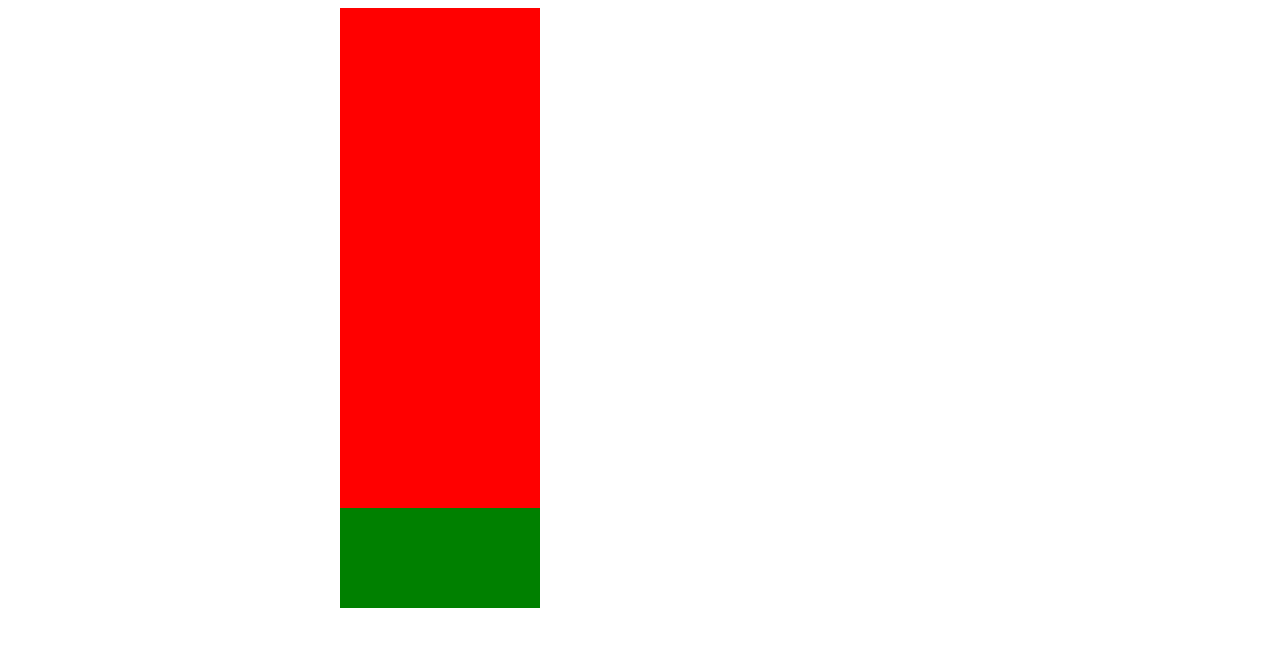
Repository: suhong99/htmlLecture
Page: cssWork1/src/main/webapp/index.html
These files come from the project's save history. The page is drawn as it stood at one moment and after the next save; the edit follows.
The browser window is 1280 px wide. The pictures show the whole page.

Above is the page before, as saved 2023-06-22 04:44:17.

### cssWork1/src/main/webapp/index.html
<!DOCTYPE html>
<html>
<head>
<meta charset="UTF-8">
<title>Insert title here</title>
<style type="text/css">
	#container {
		margin:auto;
		width:600px;
		height:600px;
		display:flex;
		flex-direction: row;
	}
	.smallContainer{
		width:200px;
		height:100%;
	}
	#oneTop{
		background-color: red;
		width:100%;
		height:500px;
	}
	#oneBottom{
		background-color: green;
		width:100%;
		height:100px;
	}
</style>
</head>
<body>
	<div id ="container">
		<div class="smallContainer">
			<div id="oneTop"></div>
			<div id="oneBottom"></div>
		</div>
		<div class="smallContainer">
			<div id="twoTop"></div>
			<div id="twoBottom"></div>
		</div>
		<div class="smallContainer">
			<div id="threeTop"></div>
			<div id="threeBottom"></div>
		</div>
	</div>
</body>
</html>

After the next save:
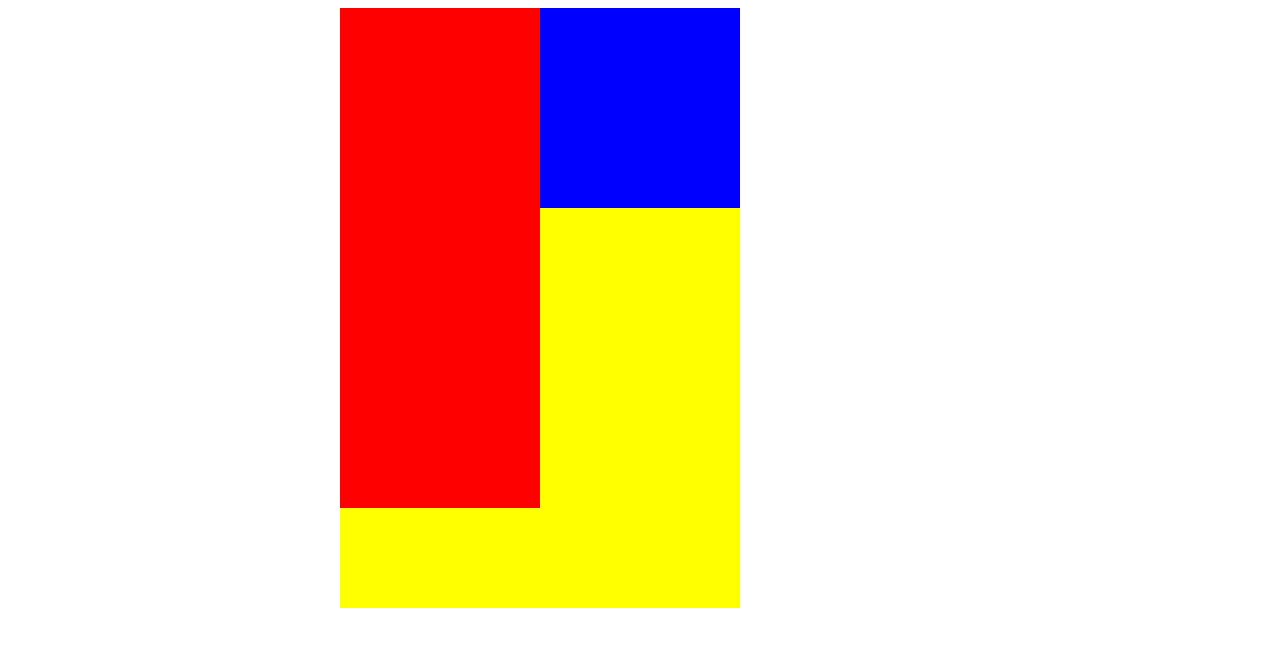
Saved 42 s later.
--- a/cssWork1/src/main/webapp/index.html
+++ b/cssWork1/src/main/webapp/index.html
@@ -21,9 +21,19 @@
 		height:500px;
 	}
 	#oneBottom{
-		background-color: green;
+		background-color: yellow;
 		width:100%;
 		height:100px;
+	}
+	#twoTop{
+		background-color: blue;
+		width:100%;
+		height:200px;
+	}
+	#twoBottom{
+		background-color: yellow;
+		width:100%;
+		height:400px;
 	}
 </style>
 </head>
